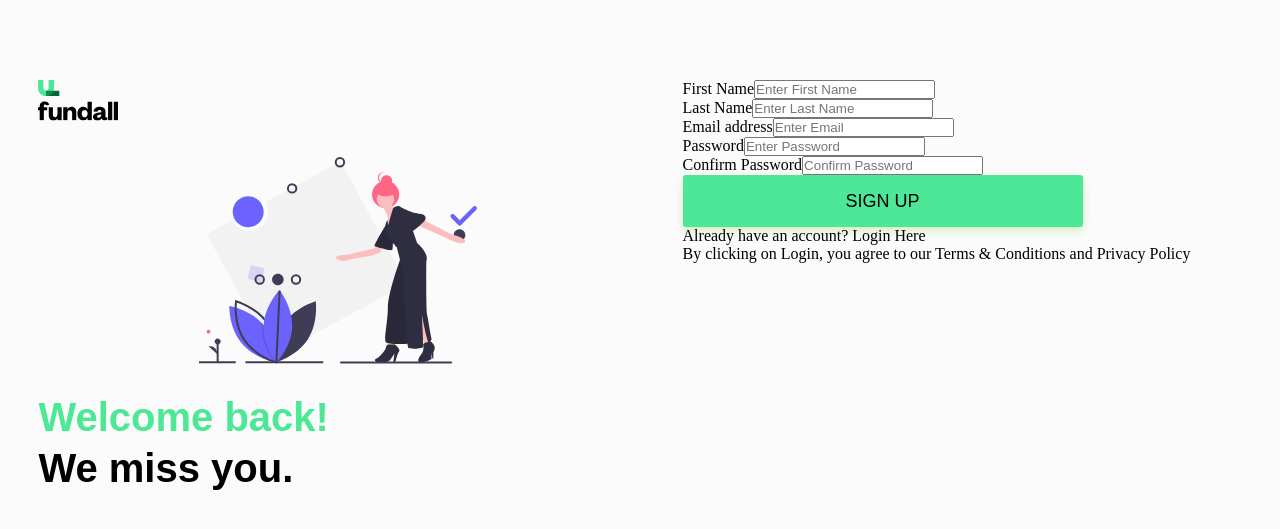
Repository: nilesjamex/niffty
Page: /login
These files come from the project's save history. The page is drawn as it stood at one moment and after the next save; the edit follows.
The browser window is 1280 px wide. The pictures show the whole page.
The project was rebuilt for these pictures with package versions that can differ from the ones it lists, and the page was loaded fresh each time. Also part of the build but not shown: src/components/Nav.vue, src/views/Home.vue, src/views/SignUp.vue.

Above is the page before, as saved 2022-04-16 20:49:30.

### src/main.js
import { createApp } from 'vue'
import App from './App.vue'
import router from './router'
import '@/styles/global.scss'

createApp(App).use(router).mount('#app')

### src/App.vue
<template>

  <router-view/>
</template>
<script>
// @ is an alias to /src

export default {
  components: {
  }
}
</script>
<style lang="scss">


#nav {
  padding: 30px;

  a {
    font-weight: bold;
    color: #2c3e50;

    &.router-link-exact-active {
      color: #42b983;
    }
  }
}
</style>

### src/router/index.js
import { createRouter, createWebHistory } from 'vue-router'
import Home from '../views/Home.vue';
import SignUp from '../views/SignUp.vue';
import Login from '../views/Login.vue';

const routes = [
  {
    path: '/',
    name: 'Home',
    component: Home
  },
  {
    path: '/signup',
    name: 'signup',
    component: SignUp
  },
  {
    path: '/login',
    name: 'login',
    component: Login
  }
]

const router = createRouter({
  history: createWebHistory(process.env.BASE_URL),
  routes
})

export default router

### src/styles/global.scss
@import './variables';
@import './mixins.scss';
@import './_typography.scss';
* {
    margin: 0;
    padding: 0;
    box-sizing: border-box;
    max-width: 100vw;
}
@font-face {
    font-family: "CircularStd";
    src: local(CircularStd) url(../fonts/circular-std-medium-500.ttf) format(opentype);
}
input {
    outline: none;
}
button {
    border: none;
    outline: none;
}
a {
    color: inherit;
    text-decoration: none;
}
li {
    list-style: none;
}
.button--signup {
    width: 98.01px;
    height: 42px;
    background: $access-bg;
    border-radius: 10px;
    @include flex(center, center);
    @include access {

    }
}
.button--submit {
    width: 400px;
    height: 52px;
    background: #4DE897;
    box-shadow: 0px 4px 10px rgba(118, 212, 45, 0.3);
    border-radius: 3px;
    @include flex(center, center);
    @include access;
}

### src/views/Login.vue
<template>
  <section class="signup">
      <div class="signup--box">
          <div class="signup--intro">
              <div class="signup--intro--logo">
                  <img src="@/assets/logo.svg" alt="">
              </div>
              <div class="signup--intro--content">
                  <div class="signup--intro--content--img">
                      <img src="@/assets/welcome.svg" alt="">
                  </div>
                  <div class="signup--intro--content--text">
                      <h2>
                          <span>Welcome back!</span> <br/> We miss you.
                      </h2>
                  </div>
              </div>
          </div>
          <!-- form -->
          <div class="signup--form">
              <form action="">
                  <div class="signup--form--container">
                      <div class="signup--form--name--box">
                          <div class="signup--form--name">
                              <label>First Name</label>
                              <input type="text" name="" placeholder="Enter First Name" id="">
                          </div>
                          <div class="signup--form--name">
                              <label>Last Name</label>
                              <input type="text" name="" placeholder="Enter Last Name" id="">
                          </div>
                      </div>
                      <div class="signup--form--input">
                          <label>Email address</label>
                          <input type="email" name="" placeholder="Enter Email" id="">
                      </div>
                      <div class="signup--form--input">
                          <label>Password</label>
                          <input type="password" name="" placeholder="Enter Password" id="">
                      </div>
                      <div class="signup--form--input">
                          <label>Confirm Password</label>
                          <input type="password" name="" placeholder="Confirm Password" id="">
                      </div>
                      <button class="button--submit">
                          SIGN UP
                      </button>
                      <div class="signup--form--login">
                          <p>
                              Already have an account? <span>Login Here</span>
                          </p>
                      </div>
                  </div>
              </form>
               <div class="signup--form--terms">
              <p>
                  By clicking on Login, you agree to our <span>Terms & Conditions and Privacy Policy</span>
              </p>
          </div>
          </div>
      </div>
  </section>
</template>

<script>
export default {

}
</script>

<style scoped lang="scss">
@import '@/styles/mixins.scss';
@import '@/styles/_variables.scss';
@import '@/styles/_typography.scss';
.signup {
    padding: 5rem 7% 5rem 3%;
    background: #FCFBFC;
}
.signup--box {
    @include flex(space-between,);
}
.signup--intro--content {
    width: 600px;
    margin-top: 2rem;
}
.signup--intro--content {
    text-align: center;
}
.signup--intro--content--text {
    text-align: left;
    h2 {
        width: 369px;
        margin-top: 1.5rem;
        @include heading1 {
        }
        span {
             @include heading1 {
            color: $access-bg;
        }
        }
    }
    p {
        @include caption;
        width: 374px;
        margin-top: 2rem;
    }
}
</style>

### src/styles/_variables.scss
// colors
$access-bg: #4CE895;

### src/styles/mixins.scss
@mixin flex($justify: flex-start, $align: flex-start) {
    display: flex;
    justify-content: $justify;
    align-items: $align;
}

### src/styles/_typography.scss
@mixin access {
    font-family: 'CircularStd', sans-serif;
    font-size: 1.125rem;
    line-height: 23px;
    color: #000000;
    @content;
}
@mixin heading1 {
    font-family: 'CircularStd', sans-serif;
    font-size: 2.5rem;
    line-height: 51px;
    color: #000000;
    @content;
}
@mixin heading2 {
    font-family: 'CircularStd', sans-serif;
    font-size: 1.5rem;
    line-height: 30px;
    color: #000000;
    @content;
}
@mixin caption {
    font-family: 'CircularStd', sans-serif;
    font-size: 1.3rem;
    line-height: 27px;
    color: #000000;
    @content;
}
@mixin input {
    font-family: 'CircularStd', sans-serif;
    font-style: normal;
    font-size: 18px;
    line-height: 23px;
    color: #30443C;
    @content;
}
@mixin placeholder {
    font-family: 'Nunito Sans';
    font-style: normal;
    font-weight: 400;
    font-size: 18px;
    line-height: 25px;
    color: #30443C;
    mix-blend-mode: normal;
    opacity: 0.5;
    @content;
}
@mixin login {
    font-family: 'Nunito Sans';
    font-style: normal;
    font-weight: 400;
    font-size: 16px;
    line-height: 22px;
    color: #1B2420;
    @content;
}

Loaded but not shown: public/index.html (common file)

After the next save:
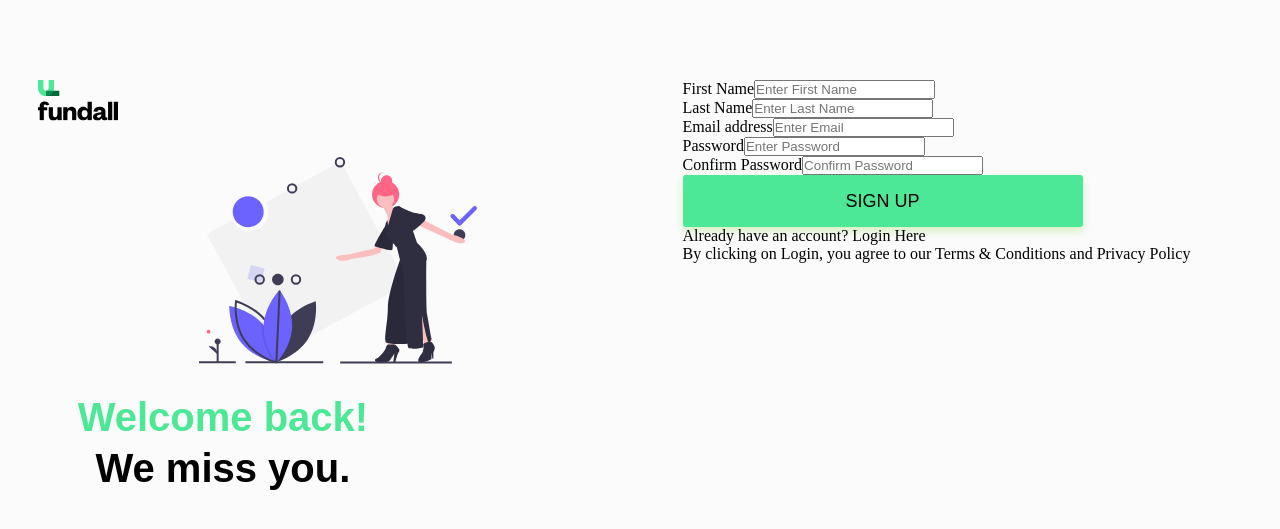
Saved 51 s later.
--- a/src/views/Login.vue
+++ b/src/views/Login.vue
@@ -87,7 +87,7 @@ export default {
     text-align: center;
 }
 .signup--intro--content--text {
-    text-align: left;
+    text-align: center;
     h2 {
         width: 369px;
         margin-top: 1.5rem;
@@ -99,10 +99,5 @@ export default {
         }
         }
     }
-    p {
-        @include caption;
-        width: 374px;
-        margin-top: 2rem;
-    }
 }
 </style>
